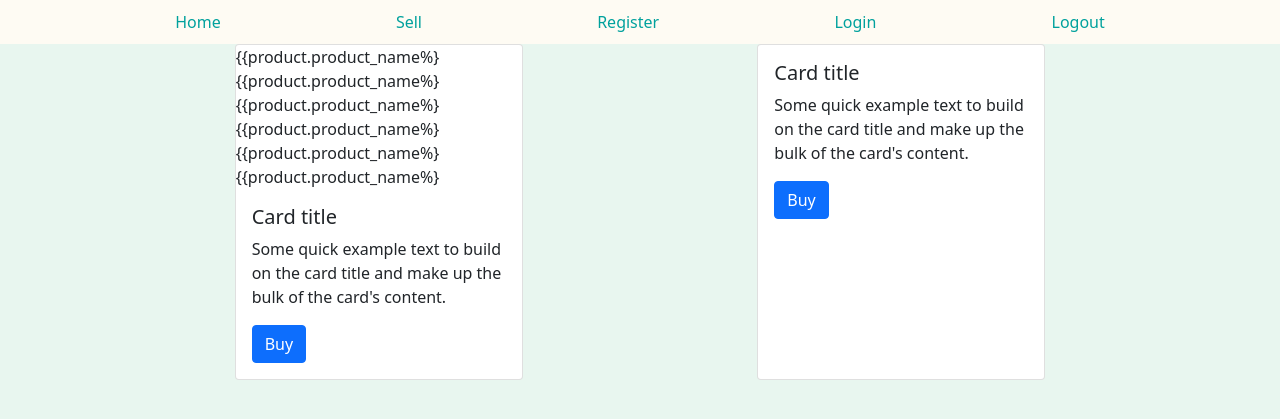
Repository: RiteshK555/itw-project
Page: http://localhost/
The author's editor kept a copy of each file at every save. The page is drawn from the files as they stood at one save, then again after a run of saves.
The browser window is 1280 px wide. The pictures show the whole page.
The page is served by the project's application, run on Django 3.2 (student_olx/manage.py). Other server files are loaded and not shown. The page reads the database file committed with the project.

Above is the page before, as saved 2021-09-19 13:31:13.

### student_olx/main/templates/main/home.html
{%extends 'main/base.html'%}
{% load static %}
{%block title%}
Home
{%endblock%}
{% block styles %}
<link rel="stylesheet" type="text/css" href="{% static 'main/home.css'%}">
{% endblock %}
{%block content %}
<div id="itemz">
<div class="card" style="width: 18rem;">
{%for product in  products%}
{{product.product_name%}
{%endfor%}
  {% comment %} <img src="..." class="card-img-top" alt="..."> {% endcomment %}
  <div class="card-body">
    <h5 class="card-title">Card title</h5>
    <p class="card-text">Some quick example text to build on the card title and make up the bulk of the card's content.</p>
    <a href="#" class="btn btn-primary">Buy</a>
  </div>
</div>
<div class="card" style="width: 18rem;">
  {% comment %} <img src="..." class="card-img-top" alt="..."> {% endcomment %}
  <div class="card-body">
    <h5 class="card-title">Card title</h5>
    <p class="card-text">Some quick example text to build on the card title and make up the bulk of the card's content.</p>
    <a href="#" class="btn btn-primary">Buy</a>
  </div>
</div>
</div>
{%endblock %}

### student_olx/main/templates/main/base.html
{% load static%}
<!DOCTYPE html>
<!--[if lt IE 7]>      <html class="no-js lt-ie9 lt-ie8 lt-ie7"> <![endif]-->
<!--[if IE 7]>         <html class="no-js lt-ie9 lt-ie8"> <![endif]-->
<!--[if IE 8]>         <html class="no-js lt-ie9"> <![endif]-->
<!--[if gt IE 8]>      <html class="no-js"> <!--<![endif]-->
<html lang="en">
    <head>
        <meta charset="utf-8">
        <meta http-equiv="X-UA-Compatible" content="IE=edge">
        <title>{%block title%}This is Base Title{%endblock%}</title>
        <meta name="description" content="">
        <link href="https://cdn.jsdelivr.net/npm/bootstrap@5.1.1/dist/css/bootstrap.min.css" rel="stylesheet" integrity="sha384-F3w7mX95PdgyTmZZMECAngseQB83DfGTowi0iMjiWaeVhAn4FJkqJByhZMI3AhiU" crossorigin="anonymous">
        <meta name="viewport" content="width=device-width, initial-scale=1">
        <link rel="stylesheet" type="text/css" href="{% static 'main/style.css'%}">
        {% block styles %}
        {% endblock %}
    </head>
    <div class="header">
        <a href="/">Home</a>
        <a href="/sell">Sell</a>
       <a href="/register">Register</a>
        <a href="/login">Login</a>
        <a href="/logout">Logout</a>
    </div>
    <body>
    <div id="content">
    {%block content %}
    {% endblock %}
    </div>
        <!--[if lt IE 7]>
            <p class="browsehappy">You are using an <strong>outdated</strong> browser. Please <a href="#">upgrade your browser</a> to improve your experience.</p>
        <![endif]-->
        <script src="https://cdn.jsdelivr.net/npm/bootstrap@5.1.1/dist/js/bootstrap.bundle.min.js" integrity="sha384-/bQdsTh/da6pkI1MST/rWKFNjaCP5gBSY4sEBT38Q/9RBh9AH40zEOg7Hlq2THRZ" crossorigin="anonymous"></script>
        <script src="" async defer></script>
    </body>
</html>

### student_olx/main/models.py
from django.db import models

# Create your models here.
class product(models.Model):
    product_name=models.CharField(max_length=200,default='')
    description=models.CharField(max_length=600,default='')
    def __str__(self):
        return self.product_name
# class Item(models.Model):
#     todolist=models.ForeignKey(ToDoList,on_delete=models.CASCADE)
#     text=models.CharField(max_length=100)
#     complete=models.BooleanField()
#     def __str__(self):
#         return self.text

### student_olx/main/views.py
from django.http.response import HttpResponseRedirect
from django.shortcuts import render,redirect
from .models import product

# Create your views here.
from django.http import HttpResponse
from .forms import CreateNewProduct
def index(response,id):
    lis=product.objects.get(id=id)
    return render(response,"main/base.html",{"name":lis})
def home(response):
    all_products=product.objects.all()
    return render(response,"main/home.html",{"products":all_products})
def sell(response):
    if response.method == "POST":
        form=CreateNewProduct(response.POST)
        if form.is_valid():
            p_n=form.cleaned_data["product_name"]
            d=form.cleaned_data["description"]
            m=product(product_name=p_n,description=d)
            m.save()
        return render(response,"main/home.html")
    else:
        form=CreateNewProduct()
    return render(response,"main/sell.html",{"form":form})
def buy(response):
    return render(response,"main/buy.html",{})

### student_olx/student_olx/urls.py
"""student_olx URL Configuration

The `urlpatterns` list routes URLs to views. For more information please see:
    https://docs.djangoproject.com/en/3.1/topics/http/urls/
Examples:
Function views
    1. Add an import:  from my_app import views
    2. Add a URL to urlpatterns:  path('', views.home, name='home')
Class-based views
    1. Add an import:  from other_app.views import Home
    2. Add a URL to urlpatterns:  path('', Home.as_view(), name='home')
Including another URLconf
    1. Import the include() function: from django.urls import include, path
    2. Add a URL to urlpatterns:  path('blog/', include('blog.urls'))
"""
from django.contrib import admin
from django.urls import path,include
# from main import views as v
from  registration import views
urlpatterns = [
    path('admin/', admin.site.urls),
    path("register/",views.register,name="register"),
    path("",include("main.urls")),
    path("",include("django.contrib.auth.urls")),
]

### student_olx/main/urls.py
from django.urls import path
from . import views
urlpatterns =[
    path("<int:id>",views.index,name="index"),
    path("",views.home,name="home"),
    path("sell/",views.sell,name="sell"),
    path("buy/",views.buy,name="buy"),
]

### student_olx/main/static/main/style.css
.header{
    display: flex;
    justify-content: space-evenly;
    padding-top: 10px;
    padding-bottom: 10px;
    background-color:#FEFBF3;
}
a{
    color:#00A19D;
    text-decoration: none;
}
body{
    margin:0;
    background-color:#E8F6EF;
}
#hello{
    color:red;
}

### student_olx/main/static/main/home.css

#itemz{
    display:flex;
    justify-content:space-evenly;
}

### student_olx/db.sqlite3 (the tables this page reads, as SQL)
CREATE TABLE "main_product" ("id" integer NOT NULL PRIMARY KEY AUTOINCREMENT, "product_name" varchar(200) NOT NULL, "description" varchar(600) NOT NULL, "seller_id" integer NOT NULL REFERENCES "auth_user" ("id") DEFERRABLE INITIALLY DEFERRED, "product_img" varchar(100) NOT NULL, "price" integer NOT NULL);
INSERT INTO "main_product" VALUES
(4, 'Tesla Model Y', 'Increased top speed from 135mph to 155mph 21’’ Überturbine Wheels Performance Brakes Lowered suspension Aluminum alloy pedals', 4, 'imgs/teslamodely.jpeg', 55555),
(5, 'Tesla Model S Plaid', 'Quickest accelerating car in production today 0-60 mph: 1.99s 1/4 mile: 9.23@155 mph trap speed 1,020 horsepower Three high performance motors with carbon-sleeved rotors Torque vectoring', 4, 'imgs/teslamodels_WYLDo9n.jpeg', 122222),
(6, 'Iphone 13 Pro Max', '5.4 and 6.1-inch sizes Similar to iPhone 12 lineup Smaller notch New colors Camera improvements A15 Chip 5G Pre-order September 17', 4, 'imgs/iphone13promax.jpg', 100000),
(7, 'Samsung s21 ultra', 'The Samsung Galaxy S21 Ultra 5G is the company''s most premium smartphone yet, with a strong focus on cameras. Just like the Galaxy S20 Ultra (Review), this new model boasts of 100X “space zoom” and 8K video recording, but with an improved shooting experience and even better image quality.', 4, 'imgs/samsungs21ultra.jpeg', 100000),
(8, 'FB Ray-ban glasses', 'Besides two 5-megapixel cameras, the glasses have three microphones and built-in speakers, so they can respond to voice commands and also be used for calls. The glasses are the latest step in Facebook''s initiative to develop wearable tech.', 4, 'imgs/fb.jpeg', 10000),
(9, 'Mackbook Air M1', 'The new Apple MacBook Air, MacBook Pro, and Mac mini with the Apple M1 SoC have kickstarted the company''s multi-year transition from Intel CPUs to its own in-house silicon. Apple''s previous pivotal computing shift came about 15 years ago when it announced its transition from the PowerPC architecture to Intel CPUs, and now it''s doing it again.', 4, 'imgs/macbook.jpeg', 100000);

After the next 2 saves:
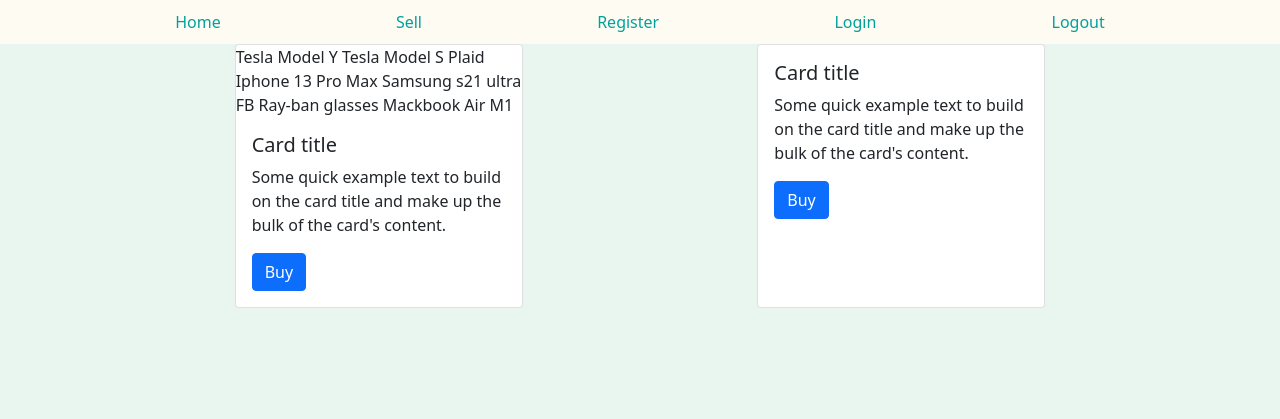
The 2 saves are shown as one change because they came seconds apart.
The last was saved 8 s later.
--- a/student_olx/main/templates/main/home.html
+++ b/student_olx/main/templates/main/home.html
@@ -10,7 +10,7 @@
 <div id="itemz">
 <div class="card" style="width: 18rem;">
 {%for product in  products%}
-{{product.product_name%}
+{{product.product_name}}
 {%endfor%}
   {% comment %} <img src="..." class="card-img-top" alt="..."> {% endcomment %}
   <div class="card-body">
